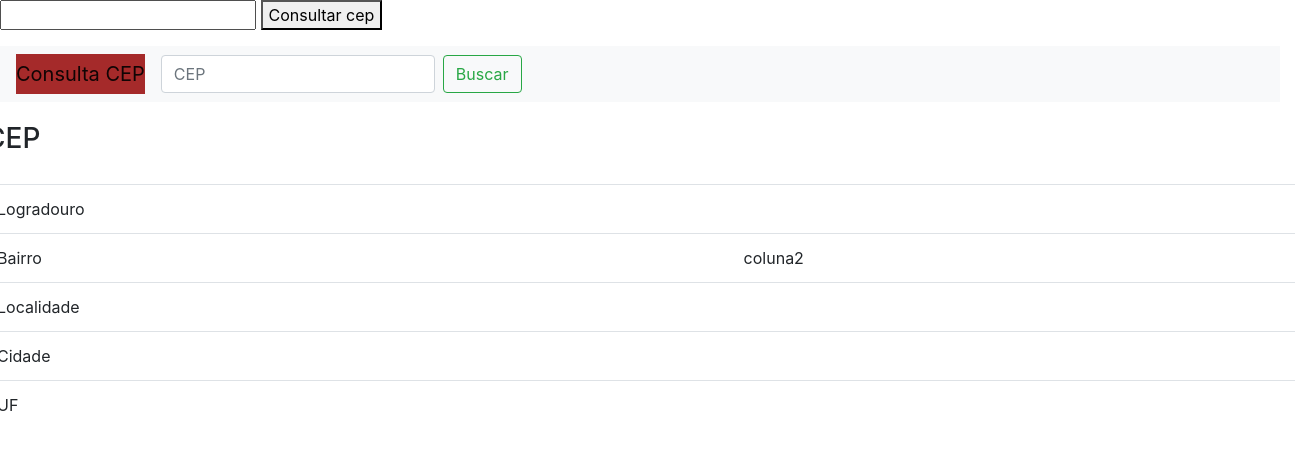
Repository: DaniloBaracho/jquery
Page: index.html
These files come from the project's save history. The page is drawn as it stood at one moment and after the next save; the edit follows.
The browser window is 1280 px wide. The page is 1295 px wide, so the pictures cover 1295 px, including what lies to the right of the window. The pictures show the whole page.

Above is the page before, as saved 2020-06-19 18:39:19.

After the next save:
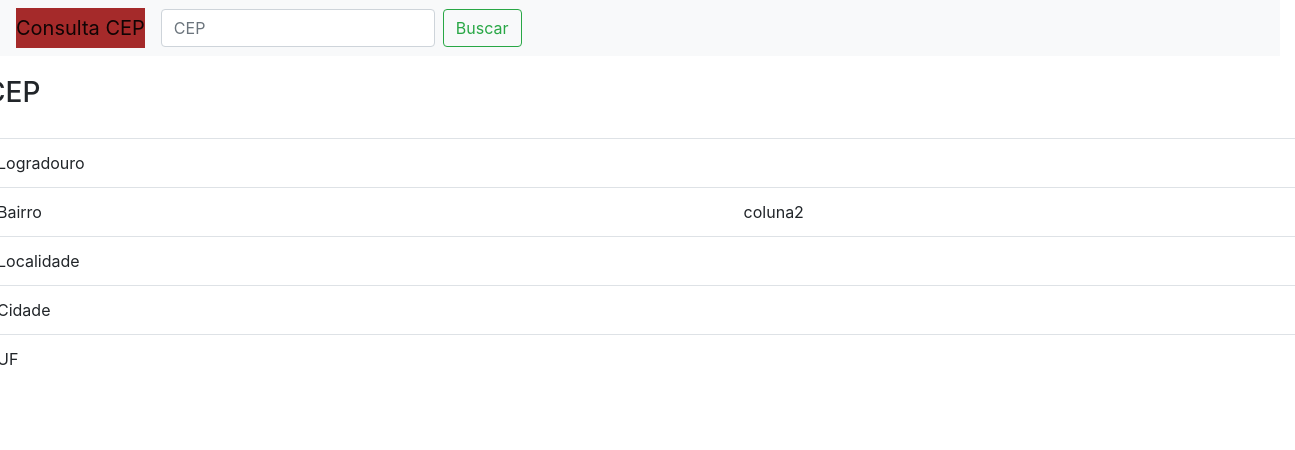
Saved 66 s later.
--- a/index.html
+++ b/index.html
@@ -11,12 +11,12 @@
         <link rel="stylesheet" type="text/css" href="js/mystyle.css">
     </head>
     <body>
-        <input id="cep">
+       <!---- <input id="cep">
         <button type="button" onclick="ConsultaCep()">Consultar cep</button>
         <p id="logradouro"></p>
         <p id="bairro"></p>
         <p id="uf"></p>
-        <p id="localidade"></p>
+        <p id="localidade"></p>-->
         <nav class="navbar navbar-expand-lg navbar-light bg-light">
             <a class="text-custom navbar-brand">Consulta CEP</a>
               <div class="form-inline my-2 my-lg-0">
